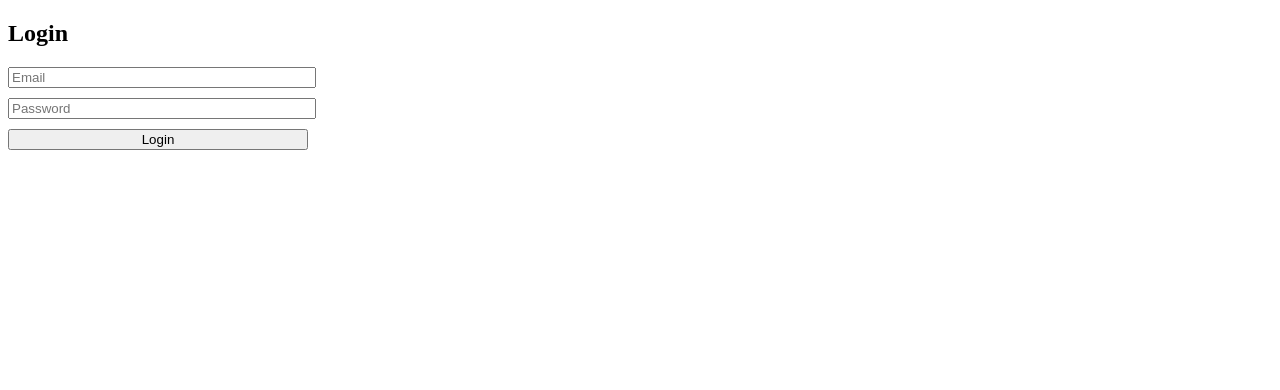
Repository: angad2803/Blood-Donor
Page: /login (app in Client/)
These files come from the project's save history. The page is drawn as it stood at one moment and after the next save; the edit follows.
The browser window is 1280 px wide. The pictures show the whole page.
The project was rebuilt for these pictures with package versions that can differ from the ones it lists, and the page was loaded fresh each time. Also part of the build but not shown: Client/vite.config.js, Client/components/Dashboard.jsx. Imported but missing from the stored project, and not drawn on this page: Client/api.

Above is the page before, as saved 2025-06-10 08:49:40.

### Client/src/main.jsx
import React from "react";
import ReactDOM from "react-dom/client";
import App from "./App.jsx";
import { AuthProvider } from "../context/AuthContext";

ReactDOM.createRoot(document.getElementById("root")).render(
  <React.StrictMode>
    <AuthProvider>
      <App />
    </AuthProvider>
  </React.StrictMode>
);

### Client/src/App.jsx
import React, { useContext } from "react";
import {
  BrowserRouter as Router,
  Routes,
  Route,
  Navigate,
} from "react-router-dom";

import Login from "../components/Login";
import Dashboard from "../components/Dashboard";
import { AuthContext } from "../context/AuthContext";

function App() {
  const { token } = useContext(AuthContext);

  // Protected route wrapper
  const PrivateRoute = ({ children }) => {
    return token ? children : <Navigate to="/login" />;
  };

  return (
    <Router>
      <Routes>
        <Route path="/login" element={<Login />} />

        {/* Protected Dashboard route */}
        <Route
          path="/dashboard"
          element={
            <PrivateRoute>
              <Dashboard />
            </PrivateRoute>
          }
        />

        {/* Default redirect to dashboard or login */}
        <Route
          path="/"
          element={
            token ? <Navigate to="/dashboard" /> : <Navigate to="/login" />
          }
        />
      </Routes>
    </Router>
  );
}

export default App;

### Client/context/AuthContext.jsx
import React, { createContext, useState, useEffect } from "react";
import axios from "axios";

// Create context
export const AuthContext = createContext();

// Provider component
export const AuthProvider = ({ children }) => {
  const [user, setUser] = useState(() => {
    // Try to load user info from localStorage on start
    const savedUser = localStorage.getItem("user");
    return savedUser ? JSON.parse(savedUser) : null;
  });
  const [token, setToken] = useState(
    () => localStorage.getItem("token") || null
  );

  // When token changes, set it as default header for axios
  useEffect(() => {
    if (token) {
      axios.defaults.headers.common["Authorization"] = `Bearer ${token}`;
    } else {
      delete axios.defaults.headers.common["Authorization"];
    }
  }, [token]);

  // Save user and token to localStorage on changes
  useEffect(() => {
    if (user && token) {
      localStorage.setItem("user", JSON.stringify(user));
      localStorage.setItem("token", token);
    } else {
      localStorage.removeItem("user");
      localStorage.removeItem("token");
    }
  }, [user, token]);

  // Login function
  const login = async (email, password) => {
    try {
      const res = await axios.post("/api/auth/login", { email, password });
      setUser(res.data.user);
      setToken(res.data.token);
      return { success: true };
    } catch (error) {
      return {
        success: false,
        message: error.response?.data?.message || error.message,
      };
    }
  };

  // Logout function
  const logout = () => {
    setUser(null);
    setToken(null);
  };

  return (
    <AuthContext.Provider value={{ user, token, login, logout }}>
      {children}
    </AuthContext.Provider>
  );
};

### Client/components/Login.jsx
import React, { useState, useContext } from "react";
import { AuthContext } from "../context/AuthContext";
import { useNavigate } from "react-router-dom";
import api from "../api"; // Adjust the import based on your API setup
const Login = () => {
  const { login } = useContext(AuthContext);
  const navigate = useNavigate();

  const [email, setEmail] = useState("");
  const [password, setPassword] = useState("");
  const [error, setError] = useState("");
  const [loading, setLoading] = useState(false);

  const handleSubmit = async (e) => {
    e.preventDefault();
    setError("");
    setLoading(true);

    const result = await login(email, password);
    if (result.success) {
      navigate("/dashboard"); // or wherever you want to go after login
    } else {
      setError(result.message || "Login failed");
    }
    setLoading(false);
  };

  return (
    <div>
      <h2>Login</h2>
      <form onSubmit={handleSubmit} style={{ maxWidth: 300 }}>
        <input
          type="email"
          placeholder="Email"
          value={email}
          onChange={(e) => setEmail(e.target.value)}
          required
          style={{ width: "100%", marginBottom: 10 }}
        />
        <input
          type="password"
          placeholder="Password"
          value={password}
          onChange={(e) => setPassword(e.target.value)}
          required
          style={{ width: "100%", marginBottom: 10 }}
        />
        <button type="submit" style={{ width: "100%" }}>
          Login
        </button>
        {error && <p style={{ color: "red" }}>{error}</p>}
      </form>
    </div>
  );
};

export default Login;

Loaded but not shown: Client/index.html (common file)

After the next save:
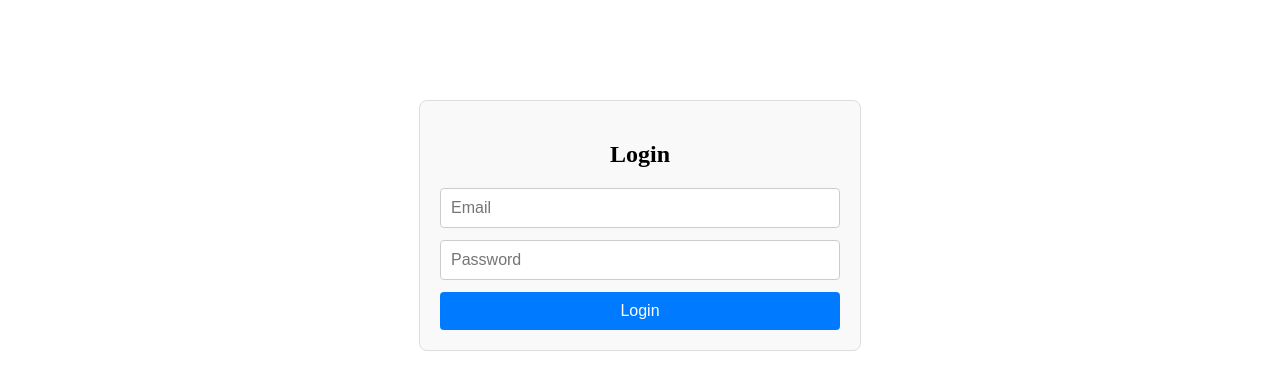
Saved 23 s later.
--- a/Client/components/Login.jsx
+++ b/Client/components/Login.jsx
@@ -1,7 +1,8 @@
 import React, { useState, useContext } from "react";
 import { AuthContext } from "../context/AuthContext";
 import { useNavigate } from "react-router-dom";
-import api from "../api"; // Adjust the import based on your API setup
+import api from "../api"; // Axios instance with baseURL
+
 const Login = () => {
   const { login } = useContext(AuthContext);
   const navigate = useNavigate();
@@ -17,25 +18,27 @@ const Login = () => {
     setLoading(true);
 
     const result = await login(email, password);
+
     if (result.success) {
-      navigate("/dashboard"); // or wherever you want to go after login
+      navigate("/dashboard");
     } else {
       setError(result.message || "Login failed");
     }
+
     setLoading(false);
   };
 
   return (
-    <div>
-      <h2>Login</h2>
-      <form onSubmit={handleSubmit} style={{ maxWidth: 300 }}>
+    <div style={styles.container}>
+      <h2 style={styles.title}>Login</h2>
+      <form onSubmit={handleSubmit} style={styles.form}>
         <input
           type="email"
           placeholder="Email"
           value={email}
           onChange={(e) => setEmail(e.target.value)}
           required
-          style={{ width: "100%", marginBottom: 10 }}
+          style={styles.input}
         />
         <input
           type="password"
@@ -43,15 +46,54 @@ const Login = () => {
           value={password}
           onChange={(e) => setPassword(e.target.value)}
           required
-          style={{ width: "100%", marginBottom: 10 }}
+          style={styles.input}
         />
-        <button type="submit" style={{ width: "100%" }}>
-          Login
+        <button type="submit" style={styles.button} disabled={loading}>
+          {loading ? "Logging in..." : "Login"}
         </button>
-        {error && <p style={{ color: "red" }}>{error}</p>}
+        {error && <p style={styles.error}>{error}</p>}
       </form>
     </div>
   );
 };
 
+const styles = {
+  container: {
+    maxWidth: "400px",
+    margin: "100px auto",
+    padding: "20px",
+    border: "1px solid #ddd",
+    borderRadius: "8px",
+    textAlign: "center",
+    backgroundColor: "#f9f9f9",
+  },
+  title: {
+    marginBottom: "20px",
+  },
+  form: {
+    display: "flex",
+    flexDirection: "column",
+  },
+  input: {
+    padding: "10px",
+    marginBottom: "12px",
+    borderRadius: "4px",
+    border: "1px solid #ccc",
+    fontSize: "16px",
+  },
+  button: {
+    padding: "10px",
+    fontSize: "16px",
+    backgroundColor: "#007bff",
+    color: "#fff",
+    border: "none",
+    borderRadius: "4px",
+    cursor: "pointer",
+  },
+  error: {
+    color: "red",
+    marginTop: "10px",
+  },
+};
+
 export default Login;
